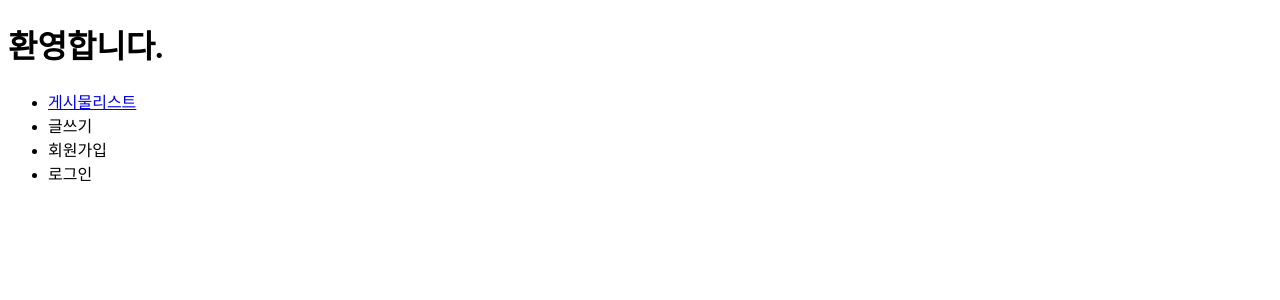
Repository: Pang-Ho/TIL
Page: JavaScript/workspace_web/htmltest/WebContent/boardstart.html
These files come from the project's save history. The page is drawn as it stood at one moment and after the next save; the edit follows.
The browser window is 1280 px wide. The pictures show the whole page.

Above is the page before, as saved 2021-08-19 08:12:20.

After the next save:
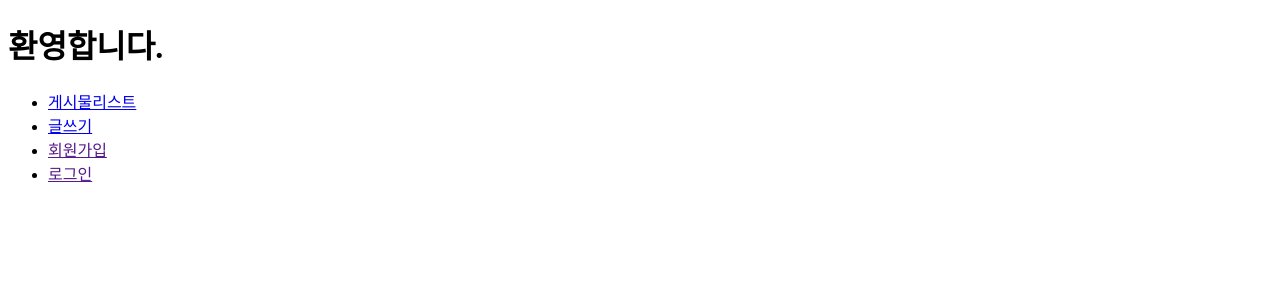
Saved 74 s later.
--- a/JavaScript/workspace_web/htmltest/WebContent/boardstart.html
+++ b/JavaScript/workspace_web/htmltest/WebContent/boardstart.html
@@ -8,9 +8,9 @@
 <h1>환영합니다.</h1>
 <ul type ="disc">
 	<li><a href="boardlist.html">게시물리스트</a></li>
-	<li>글쓰기</li>
-	<li>회원가입</li>
-	<li>로그인</li>
+	<li><a href="boardwrite.html">글쓰기</a></li>
+	<li><a href=>회원가입</a></li>
+	<li><a href=>로그인</a></li>
 </ul>
 </body>
 </html>
